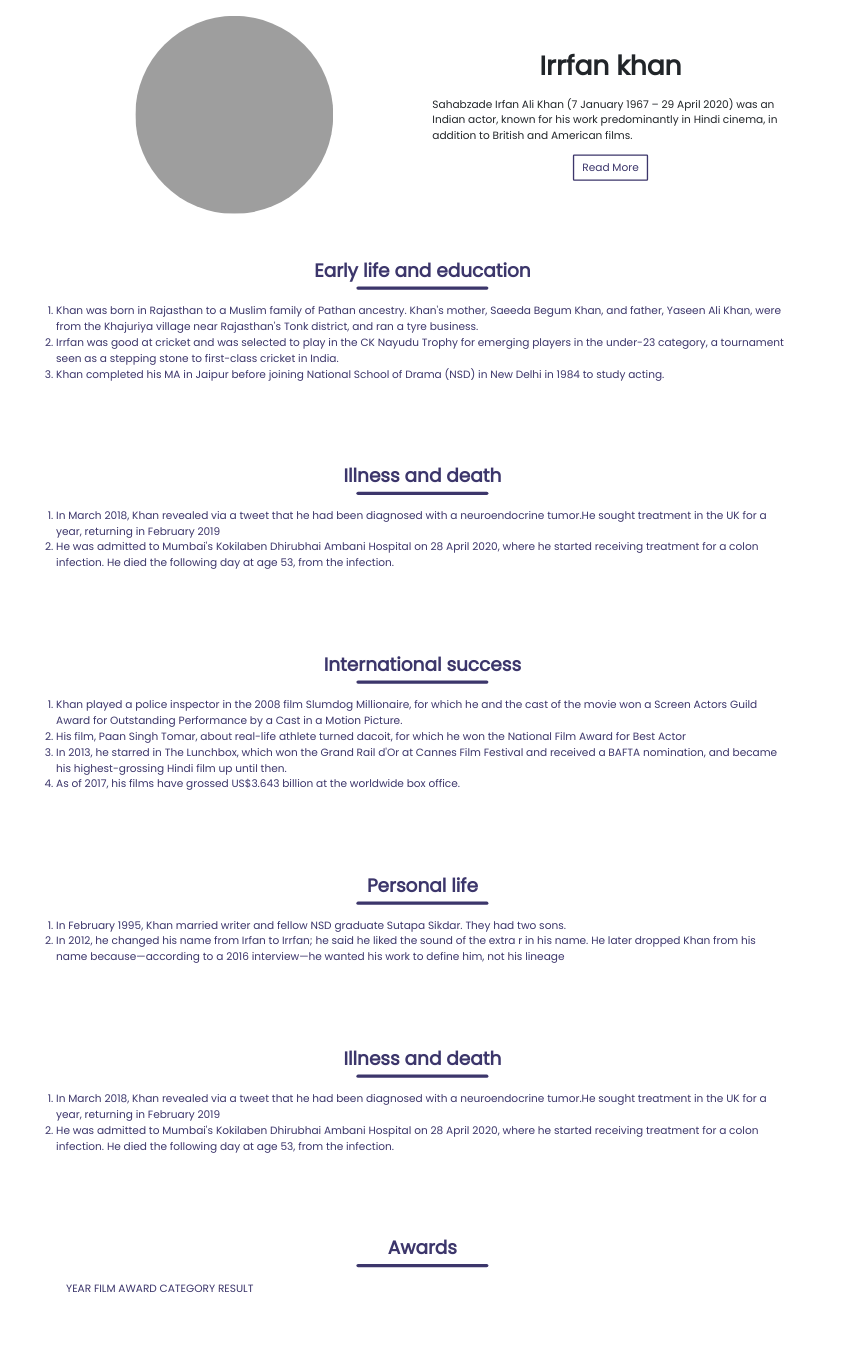
Repository: Mayur2905/OIBSIP
Page: Task-5/index.html
These files come from the project's save history. The page is drawn as it stood at one moment and after the next save; the edit follows.
The browser window is 1280 px wide. The pictures show the whole page, at 66% of full size.
Pictures or frames that could not be fetched are drawn as grey boxes.

Above is the page before, as saved 2022-02-04 15:17:03.

### Task-5/index.html
<!DOCTYPE html>
<html lang="en">
<head>
    <meta charset="UTF-8">
    <meta http-equiv="X-UA-Compatible" content="IE=edge">
    <meta name="viewport" content="width=device-width, initial-scale=1.0">
    <title>TRIBUTE PAGE | IRFAN KHAN</title>
    <link rel="stylesheet" href="style.css">
    <link rel="stylesheet" href="https://maxcdn.bootstrapcdn.com/bootstrap/4.0.0/css/bootstrap.min.css" integrity="sha384-Gn5384xqQ1aoWXA+058RXPxPg6fy4IWvTNh0E263XmFcJlSAwiGgFAW/dAiS6JXm" crossorigin="anonymous">
    <link rel="preconnect" href="https://fonts.googleapis.com">
<link rel="preconnect" href="https://fonts.gstatic.com" crossorigin>
<link href="https://fonts.googleapis.com/css2?family=Poppins&display=swap" rel="stylesheet">
</head>
<body>
    <section id="heading">
        <div class="container">
            <div class="row">
                <div class="col-md-6 text-center py-4">
                    <img src="https://channeltt.tv/uploads/media_image/2020/04/irfan-khan-Porttret.jpg" width="300px" height="300px">
                </div>
                <div class="col-md-6">
                    <p class="promo-title text-center">Irrfan khan</p>
                    <p>
                        Sahabzade Irfan Ali Khan (7 January 1967 – 29 April 2020) was an Indian actor, known for his work predominantly in Hindi cinema, in addition to British and American films.
                    </p>
                    <div class="text-center">
                        <a href="#more" class="btn btn-primary">Read More</a>
                    </div>
                </div>
            </div>
        </div>
    </section>


    <!------------- Life ----------------->
    <section id="life">
        <div class="container">
        <h3 class="title text-center font-weight-bold">
            Early life and education
        </h3>
        <ol class="py-4">
                <li> Khan was born in Rajasthan to a Muslim family of Pathan ancestry. Khan's mother, Saeeda Begum Khan, and father, Yaseen Ali Khan, were from the Khajuriya village near Rajasthan's Tonk district, and ran a tyre business.</li>
                <li> Irrfan was good at cricket and was selected to play in the CK Nayudu Trophy for emerging players in the under-23 category, a tournament seen as a stepping stone to first-class cricket in India.</li>
                <li> Khan completed his MA in Jaipur before joining National School of Drama (NSD) in New Delhi in 1984 to study acting.</li>
        </ol>

        </div>

    </section>
    <section id="life">
        <div class="container">
            <h3 class="title text-center font-weight-bold">
                Illness and death
            </h3>
            <ol class="py-4">
                    <li> In March 2018, Khan revealed via a tweet that he had been diagnosed with a neuroendocrine tumor.He sought treatment in the UK for a year, returning in February 2019</li>
                    <li> He was admitted to Mumbai's Kokilaben Dhirubhai Ambani Hospital on 28 April 2020, where he started receiving treatment for a colon infection. He died the following day at age 53, from the infection.</li>
            </ol>
        </div>
    </section>
    <section id="life">
        <div class="container">
            <h3 class="title text-center font-weight-bold">
                International success
            </h3>
            <ol class="py-4">
                    <li> Khan played a police inspector in the 2008 film Slumdog Millionaire, for which he and the cast of the movie won a Screen Actors Guild Award for Outstanding Performance by a Cast in a Motion Picture.</li>
                    <li> His film, Paan Singh Tomar, about real-life athlete turned dacoit, for which he won the National Film Award for Best Actor </li>
                    <li>In 2013, he starred in The Lunchbox, which won the Grand Rail d'Or at Cannes Film Festival and received a BAFTA nomination, and became his highest-grossing Hindi film up until then.</li>
                    <li>As of 2017, his films have grossed US$3.643 billion at the worldwide box office.</li>
            </ol>
        </div>
    </section>
    <section id="life">
        <div class="container">
            <h3 class="title text-center font-weight-bold">
                Personal life
            </h3>
            <ol class="py-4">
                    <li> In February 1995, Khan married writer and fellow NSD graduate Sutapa Sikdar. They had two sons.</li>
                    <li>In 2012, he changed his name from Irfan to Irrfan; he said he liked the sound of the extra r in his name. He later dropped Khan from his name because—according to a 2016 interview—he wanted his work to define him, not his lineage </li>
            </ol>
        </div>
    </section>
    <section id="life">
        <div class="container">
            <h3 class="title text-center font-weight-bold">
                Illness and death
            </h3>
            <ol class="py-4">
                    <li> In March 2018, Khan revealed via a tweet that he had been diagnosed with a neuroendocrine tumor.He sought treatment in the UK for a year, returning in February 2019</li>
                    <li> He was admitted to Mumbai's Kokilaben Dhirubhai Ambani Hospital on 28 April 2020, where he started receiving treatment for a colon infection. He died the following day at age 53, from the infection.</li>
            </ol>
        </div>
    </section>
    <!------------------------------Awards------------------------------->
    <section id="life">
        <div class="container">
            <h3 class="title text-center font-weight-bold">Awards</h3>
            <div class="col-md-12 py-4 table-responsive">
            <div class="table table-bordered">
                <thead class="thead-dark">
                    <tr>
                        <th scope="col">YEAR</th>
                        <th scope="col">FILM</th>
                        <th scope="col">AWARD</th>
                        <th scope="col">CATEGORY</th>
                        <th scope="col">RESULT</th>
                    </tr>
                </thead>
                <tbody>
                    <tr>
                        <th></th>
                    </tr>
                </tbody>
            </div>
            </div>
        </div>
    </section>
</body>
</html>

### Task-5/style.css
@import url("https://fonts.googleapis.com/css2?family=Poppins&display=swap");
* {
  margin: 0;
  padding: 0;
}
body {
  font-family: "Poppins", sans-serif !important;
}
img {
  border-radius: 50%;
}
.promo-title {
  font-size: 40px;
  font-weight: 600;
  margin-top: 70px;
}
.btn-primary {
  box-shadow: none !important;
  padding: 8px 25px;
  border-radius: 2px !important;
  border: 2px solid #3c366b !important;
  color: #3c366b !important;
  background: none !important;
}
.btn-primary:hover {
  background: #3c366b !important;
  color: #fff !important;
  border: 2px solid #fff !important;
}

#life {
  padding: 40px 0;
  color: #3c366b;
}
.title::before {
  content: "";
  background: #3c366b;
  height: 5px;
  width: 200px;
  margin-left: auto;
  margin-right: auto;
  display: block;
  border-radius: 50px;
  transform: translateY(46px);
}
ul {
  list-style-type: none;
  font-weight: lighter;
}
ul li {
  padding: 3px;
  font-weight: 300;
  color: black !important;
}

After the next save:
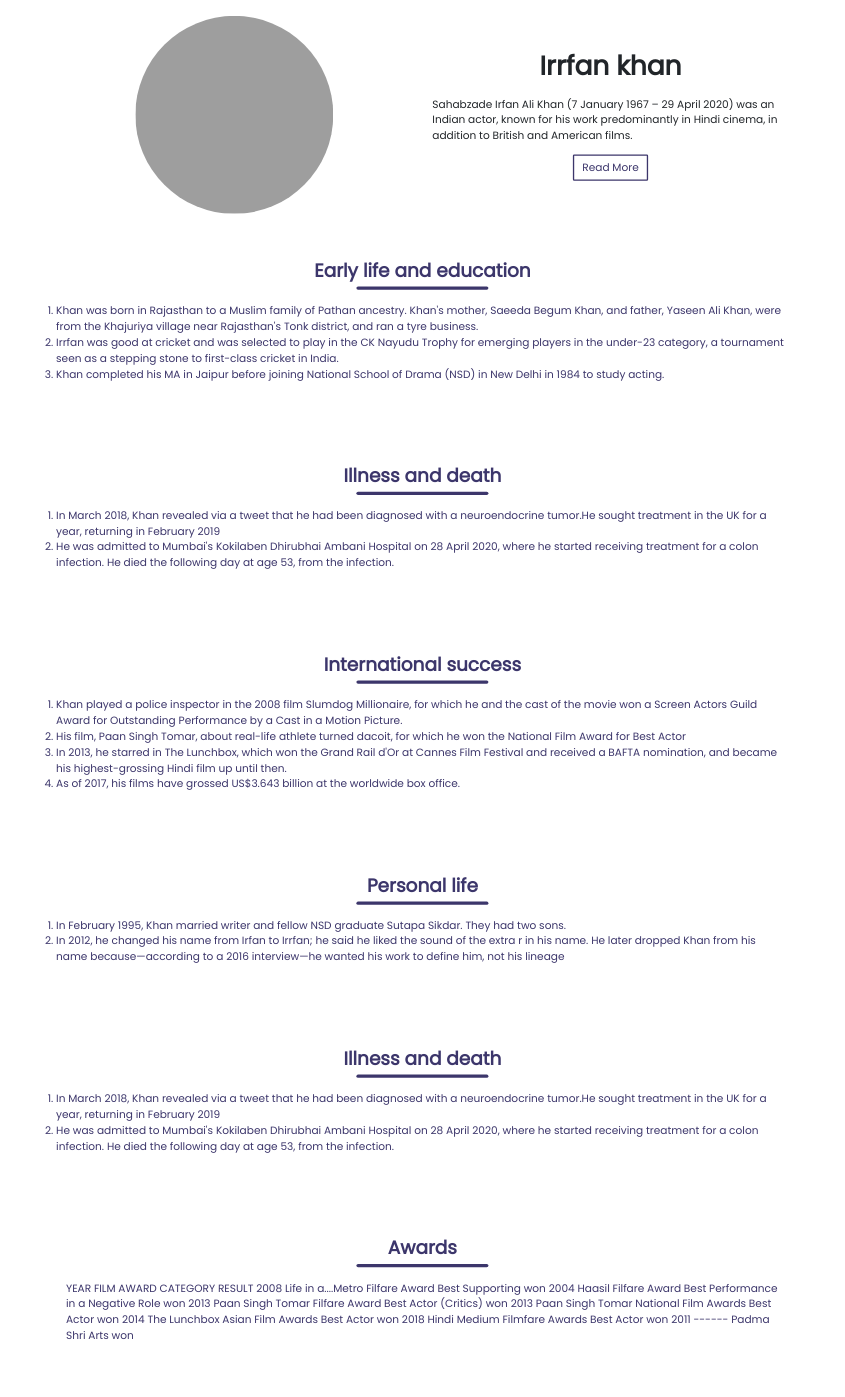
Saved 11 min 25 s later.
--- a/Task-5/index.html
+++ b/Task-5/index.html
@@ -110,7 +110,53 @@
                 </thead>
                 <tbody>
                     <tr>
-                        <th></th>
+                        <th scope="col">2008</th>
+                        <th scope="col">Life in a....Metro</th>
+                        <th scope="col">Filfare Award</th>
+                        <th scope="col">Best Supporting</th>
+                        <th scope="col">won</th>
+                    </tr>
+                    <tr>
+                        <th scope="col">2004</th>
+                        <th scope="col">Haasil</th>
+                        <th scope="col">Filfare Award</th>
+                        <th scope="col">Best Performance in a Negative Role</th>
+                        <th scope="col">won</th>
+                    </tr>
+                    <tr>
+                        <th scope="col">2013</th>
+                        <th scope="col">Paan Singh Tomar</th>
+                        <th scope="col">Filfare Award</th>
+                        <th scope="col">Best Actor (Critics)</th>
+                        <th scope="col">won</th>
+                    </tr>
+                    <tr>
+                        <th scope="col">2013</th>
+                        <th scope="col">Paan Singh Tomar</th>
+                        <th scope="col">National Film Awards</th>
+                        <th scope="col">Best Actor</th>
+                        <th scope="col">won</th>
+                    </tr>
+                    <tr>
+                        <th scope="col">2014</th>
+                        <th scope="col">The Lunchbox</th>
+                        <th scope="col">Asian Film Awards</th>
+                        <th scope="col">Best Actor</th>
+                        <th scope="col">won</th>
+                    </tr>
+                    <tr>
+                        <th scope="col">2018</th>
+                        <th scope="col">Hindi Medium</th>
+                        <th scope="col">Filmfare Awards</th>
+                        <th scope="col">Best Actor</th>
+                        <th scope="col">won</th>
+                    </tr>
+                    <tr>
+                        <th scope="col">2011</th>
+                        <th scope="col">------</th>
+                        <th scope="col">Padma Shri</th>
+                        <th scope="col">Arts</th>
+                        <th scope="col">won</th>
                     </tr>
                 </tbody>
             </div>
